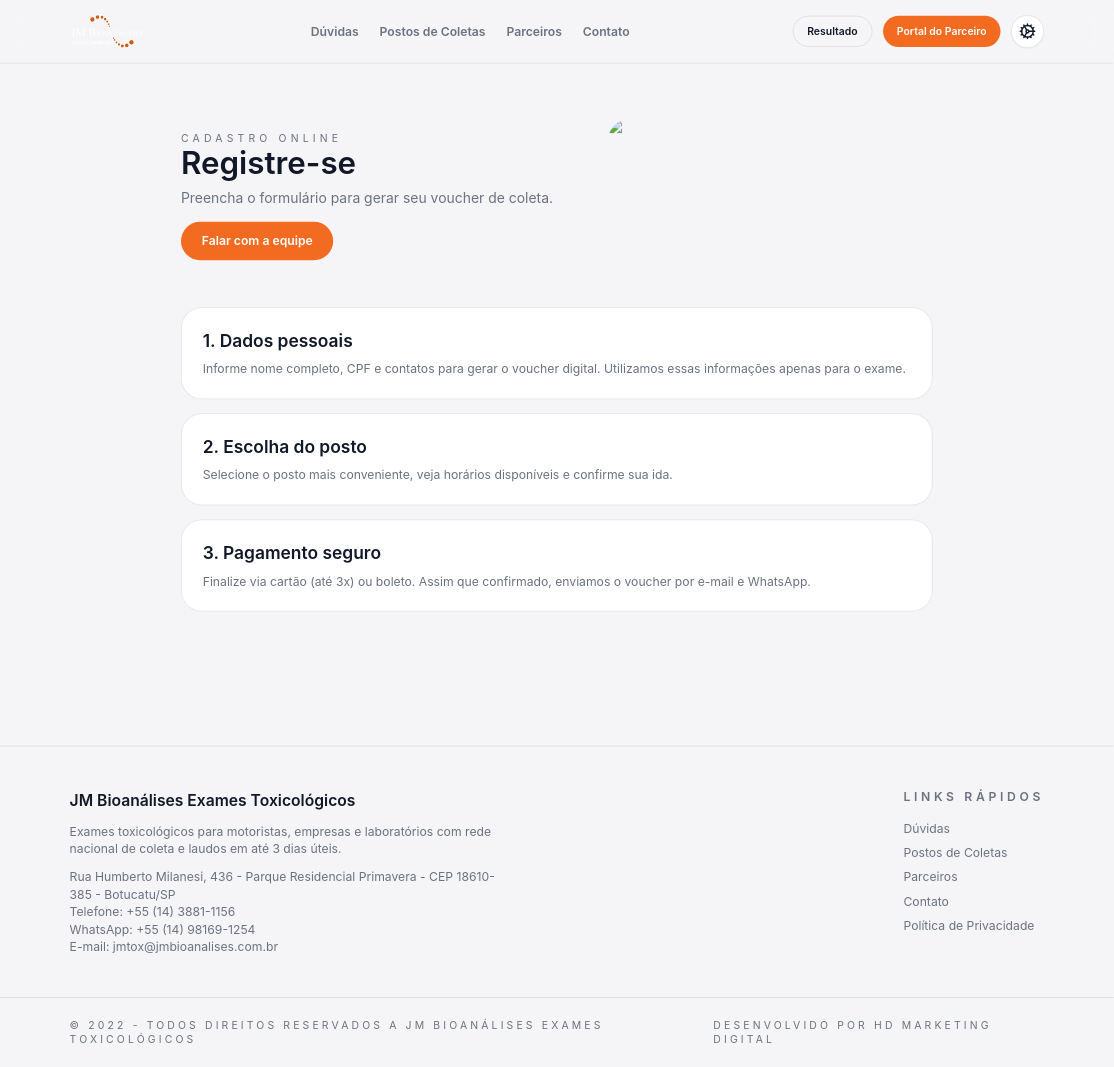
Repository: 1xLab/cat1
Page: /registre-se
These files come from the project's save history. The page is drawn as it stood at one moment and after the next save; the edit follows.
The browser window is 1280 px wide. The pictures show the whole page, at 87% of full size.
The page's requests for data from a server got no answer. The project was rebuilt for these pictures with package versions that can differ from the ones it lists, and the page was loaded fresh each time. The framework's server and built-in components were replaced by stand-ins that run in the browser. No one was signed in, and anything a server would have sent is missing. Also part of the build but not shown: next.config.ts.

Above is the page before, as saved 2025-11-19 21:47:55.

### src/app/layout.tsx
import type { Metadata } from "next";
import { Geist, Geist_Mono } from "next/font/google";
import "./globals.css";

import { Header } from "@/components/layout/header";
import { Footer } from "@/components/layout/footer";
import { baseMetadata } from "@/lib/seo";
import { LabSchema } from "@/components/seo/lab-schema";
import { TagManager } from "@/components/analytics/tag-manager";

const geistSans = Geist({
  variable: "--font-geist-sans",
  subsets: ["latin"],
});

const geistMono = Geist_Mono({
  variable: "--font-geist-mono",
  subsets: ["latin"],
});

export const metadata: Metadata = baseMetadata;

export default function RootLayout({
  children,
}: Readonly<{
  children: React.ReactNode;
}>) {
  return (
    <html lang="pt-BR" data-theme="sunrise">
      <body className={`${geistSans.variable} ${geistMono.variable} antialiased`}>
        <TagManager />
        <LabSchema />
        <Header />
        <main className="min-h-screen bg-[var(--color-bg)] text-[var(--color-text)]">
          {children}
        </main>
        <Footer />
      </body>
    </html>
  );
}

### src/app/registre-se/page.tsx
import Image from "next/image";
import type { Metadata } from "next";
import { Button } from "@/components/ui/button";

const steps = [
  {
    title: "1. Dados pessoais",
    body: "Informe nome completo, CPF e contatos para gerar o voucher digital. Utilizamos essas informações apenas para o exame.",
  },
  {
    title: "2. Escolha do posto",
    body: "Selecione o posto mais conveniente, veja horários disponíveis e confirme sua ida.",
  },
  {
    title: "3. Pagamento seguro",
    body: "Finalize via cartão (até 3x) ou boleto. Assim que confirmado, enviamos o voucher por e-mail e WhatsApp.",
  },
];

export const metadata: Metadata = {
  title: "Registre-se | JM Tox",
};

const illustration = "/imagens/illustration-registre.svg";

export default function RegistrePage() {
  return (
    <section className="mx-auto max-w-4xl px-4 py-16">
      <div className="grid gap-6 md:grid-cols-[1fr_0.8fr] md:items-center">
        <div className="space-y-4">
          <div>
            <p className="text-xs uppercase tracking-[0.4em] text-[var(--color-text-muted)]">
              Cadastro online
            </p>
            <h1 className="text-4xl font-semibold text-[var(--color-text)]">
              Registre-se
            </h1>
            <p className="mt-2 text-[var(--color-text-muted)]">
              Preencha o formulário para gerar seu voucher de coleta.
            </p>
          </div>
          <Button asChild>
            <a href="/contato">Falar com a equipe</a>
          </Button>
        </div>
        <div className="relative h-44 rounded-3xl">
          <Image
            src={illustration}
            alt="Caminhão em movimento"
            fill
            className="rounded-3xl object-cover"
            sizes="(min-width: 768px) 350px, 100vw"
          />
        </div>
      </div>
      <div className="mt-10 space-y-4">
        {steps.map((step) => (
          <article
            key={step.title}
            className="rounded-3xl border border-[var(--color-outline)] bg-[var(--color-surface)] p-6"
          >
            <h2 className="text-xl font-semibold text-[var(--color-text)]">
              {step.title}
            </h2>
            <p className="mt-2 text-sm text-[var(--color-text-muted)]">
              {step.body}
            </p>
          </article>
        ))}
      </div>
    </section>
  );
}

### src/app/globals.css
@tailwind base;
@tailwind components;
@tailwind utilities;

:root {
  --color-bg: #f5f5f7;
  --color-surface: #ffffff;
  --color-text: #111827;
  --color-text-muted: #6b7280;
  --color-primary: #f26b21;
  --color-primary-dark: #c65310;
  --color-header: #050608;
  --color-outline: rgba(15, 23, 42, 0.1);
}

[data-theme="sunrise"] {
  --color-bg: #f5f5f7;
  --color-surface: #ffffff;
  --color-text: #111827;
  --color-text-muted: #6b7280;
  --color-primary: #f26b21;
  --color-primary-dark: #c65310;
  --color-header: #050608;
}

[data-theme="midnight"] {
  --color-bg: #050608;
  --color-surface: #111827;
  --color-text: #f9fafb;
  --color-text-muted: #9ca3af;
  --color-primary: #f26b21;
  --color-primary-dark: #f26b21;
  --color-header: #000000;
  --color-outline: rgba(255, 255, 255, 0.1);
}

[data-theme="clinical"] {
  --color-bg: #f3f6fb;
  --color-surface: #ffffff;
  --color-text: #0f172a;
  --color-text-muted: #3f4d63;
  --color-primary: #2563eb;
  --color-primary-dark: #1d4ed8;
  --color-header: #0f172a;
  --color-outline: rgba(15, 23, 42, 0.08);
}

[data-theme="high-contrast"] {
  --color-bg: #000000;
  --color-surface: #000000;
  --color-text: #ffffff;
  --color-text-muted: #f3f4f6;
  --color-primary: #ffbf00;
  --color-primary-dark: #f59e0b;
  --color-header: #000000;
  --color-outline: rgba(255, 255, 255, 0.2);
}

[data-theme="dark"] {
  --color-bg: #111436;
  --color-surface: rgba(255, 255, 255, 0.08);
  --color-text: #fefefe;
  --color-text-muted: #d4ddff;
  --color-primary: #f97316;
  --color-primary-dark: #ea580c;
  --color-header: rgba(17, 20, 54, 0.9);
  --color-outline: rgba(255, 255, 255, 0.2);
}

@layer base {
  * {
    box-sizing: border-box;
  }

  body {
    background: var(--color-bg);
    color: var(--color-text);
    font-family: "Inter", system-ui, -apple-system, BlinkMacSystemFont,
      "Segoe UI", sans-serif;
    min-height: 100vh;
  }
}

@layer utilities {
  .text-balance {
    text-wrap: balance;
  }

  .glass-panel {
    background: color-mix(in srgb, var(--color-surface) 90%, transparent);
    backdrop-filter: blur(18px);
    border: 1px solid color-mix(in srgb, var(--color-outline) 80%, transparent);
    border-radius: 1.5rem;
    box-shadow: 0 15px 45px rgba(15, 23, 42, 0.12);
  }
}

### src/components/layout/header.tsx
import Image from "next/image";
import Link from "next/link";
import { ThemeSwitcher } from "@/components/theme-switcher";
import { Button } from "@/components/ui/button";

const navItems = [
  { label: "Dúvidas", href: "/duvidas-frequentes" },
  { label: "Postos de Coletas", href: "/postos-de-coletas" },
  { label: "Parceiros", href: "/parceiros" },
  { label: "Contato", href: "/contato" },
];

export function Header() {
  return (
    <header className="sticky top-0 z-40 border-b border-[var(--color-outline)] bg-[var(--color-header)]/15 backdrop-blur-md">
      <div className="container mx-auto flex max-w-6xl items-center justify-between gap-4 px-4 py-4">
        <Link href="/" className="flex items-center gap-3">
          <Image
            src="/logo-jm-bioanalises-branco.png"
            alt="JM Bioanálises"
            width={150}
            height={42}
            className="h-10 w-auto"
            priority
          />
          <span className="sr-only">JM Bioanálises</span>
        </Link>
        <nav className="hidden items-center gap-6 text-sm font-semibold text-[var(--color-text-muted)] lg:flex">
          {navItems.map((item) => (
            <Link
              key={item.href}
              href={item.href}
              className="transition hover:text-[var(--color-text)]"
            >
              {item.label}
            </Link>
          ))}
        </nav>
        <div className="flex items-center gap-3">
          <Button asChild variant="outline" size="sm">
            <Link href="/duvidas-frequentes#resultado-online">Resultado</Link>
          </Button>
          <Button asChild size="sm">
            <Link href="/parceiros">Portal do Parceiro</Link>
          </Button>
          <ThemeSwitcher />
        </div>
      </div>
      <div className="border-t border-[var(--color-outline)] bg-[var(--color-header)] px-4 py-3 lg:hidden">
        <nav className="flex flex-wrap gap-3 text-sm font-semibold text-[var(--color-text-muted)]">
          {navItems.map((item) => (
            <Link
              key={item.href}
              href={item.href}
              className="rounded-full border border-gray-600 px-3 py-1 transition hover:border-[var(--color-primary)] hover:text-white"
            >
              {item.label}
            </Link>
          ))}
        </nav>
      </div>
    </header>
  );
}

### src/components/layout/footer.tsx
import Link from "next/link";

import { siteConfig } from "@/lib/site";

const quickLinks = [
  { label: "Dúvidas", href: "/duvidas-frequentes" },
  { label: "Postos de Coletas", href: "/postos-de-coletas" },
  { label: "Parceiros", href: "/parceiros" },
  { label: "Contato", href: "/contato" },
  { label: "Política de Privacidade", href: "/politica-de-privacidade" },
];

export function Footer() {
  return (
    <footer className="mt-16 border-t border-[var(--color-outline)] bg-[var(--color-surface)]/95">
      <div className="mx-auto flex max-w-6xl flex-col gap-8 px-4 py-12 md:flex-row md:justify-between">
        <div className="max-w-lg space-y-3">
          <p className="text-lg font-semibold text-[var(--color-text)]">
            {siteConfig.name}
          </p>
          <p className="text-sm text-[var(--color-text-muted)]">
            {siteConfig.description}
          </p>
          <div className="text-sm text-[var(--color-text-muted)]">
            <p>{siteConfig.address}</p>
            <p>Telefone: {siteConfig.contacts.phone}</p>
            <p>WhatsApp: {siteConfig.contacts.mobile}</p>
            <p>E-mail: {siteConfig.contacts.email}</p>
          </div>
        </div>
        <div>
          <p className="text-sm font-semibold uppercase tracking-[0.3em] text-[var(--color-text-muted)]">
            Links rápidos
          </p>
          <ul className="mt-4 space-y-2 text-sm">
            {quickLinks.map((link) => (
              <li key={link.href}>
                <Link
                  href={link.href}
                  className="text-[var(--color-text-muted)] transition hover:text-[var(--color-text)]"
                >
                  {link.label}
                </Link>
              </li>
            ))}
          </ul>
        </div>
      </div>
      <div className="border-t border-[var(--color-outline)]">
        <div className="mx-auto flex max-w-6xl flex-col gap-2 px-4 py-6 text-xs uppercase tracking-[0.3em] text-[var(--color-text-muted)] md:flex-row md:items-center md:justify-between">
          <p>
            © 2022 - Todos Direitos Reservados a JM Bioanálises Exames Toxicológicos
          </p>
          <p>Desenvolvido por HD Marketing Digital</p>
        </div>
      </div>
    </footer>
  );
}

### src/lib/seo.ts
import type { Metadata } from "next";
import { siteConfig } from "./site";

type SEOParams = {
  title?: string;
  description?: string;
  path?: string;
};

export const baseMetadata: Metadata = {
  metadataBase: new URL(siteConfig.url),
  title: {
    default: `${siteConfig.name} | Laboratório de Toxicologia`,
    template: `%s | ${siteConfig.name}`,
  },
  description: siteConfig.description,
  openGraph: {
    type: "website",
    url: siteConfig.url,
    title: siteConfig.name,
    description: siteConfig.description,
    images: [
      {
        url: siteConfig.ogImage,
        width: 1200,
        height: 630,
        alt: siteConfig.name,
      },
    ],
  },
  twitter: {
    card: "summary_large_image",
    title: siteConfig.name,
    description: siteConfig.description,
    images: [siteConfig.ogImage],
  },
  icons: {
    icon: "/favicon.ico",
  },
};

export const generatePageMetadata = ({
  title,
  description,
  path = "",
}: SEOParams): Metadata => ({
  ...baseMetadata,
  title,
  description,
  alternates: {
    canonical: path ? `${siteConfig.url}${path}` : siteConfig.url,
  },
});

### src/components/seo/lab-schema.tsx
export function LabSchema() {
  const jsonLd = {
    "@context": "https://schema.org",
    "@type": "MedicalOrganization",
    name: "JM Bioanálises Exames Toxicológicos",
    url: "https://jmtox.com.br",
    address: {
      "@type": "PostalAddress",
      streetAddress:
        "Rua Humberto Milanesi, 436 - Parque Residencial Primavera",
      addressLocality: "Botucatu",
      addressRegion: "SP",
      postalCode: "18610-385",
      addressCountry: "BR",
    },
    contactPoint: {
      "@type": "ContactPoint",
      telephone: "+55-14-3881-1156",
      contactType: "customer service",
      availableLanguage: ["Portuguese", "English"],
    },
    sameAs: ["https://www.linkedin.com/company/jmbioanalises"],
    medicalSpecialty: ["Toxicologic"],
  };

  return (
    <script
      type="application/ld+json"
      dangerouslySetInnerHTML={{ __html: JSON.stringify(jsonLd) }}
    />
  );
}

### src/components/analytics/tag-manager.tsx
"use client";

import Script from "next/script";

export function TagManager() {
  const id = process.env.NEXT_PUBLIC_GTM_ID;
  if (!id) return null;

  return (
    <>
      <Script id="gtm-loader">
        {`
          (function(w,d,s,l,i){w[l]=w[l]||[];w[l].push({'gtm.start':
          new Date().getTime(),event:'gtm.js'});var f=d.getElementsByTagName(s)[0],
          j=d.createElement(s),dl=l!='dataLayer'?'&l='+l:'';j.async=true;j.src=
          'https://www.googletagmanager.com/gtm.js?id='+i+dl;f.parentNode.insertBefore(j,f);
          })(window,document,'script','dataLayer','${id}');
        `}
      </Script>
      <noscript>
        <iframe
          src={`https://www.googletagmanager.com/ns.html?id=${id}`}
          height="0"
          width="0"
          style={{ display: "none", visibility: "hidden" }}
        />
      </noscript>
    </>
  );
}

### src/components/ui/button.tsx
"use client";

import * as React from "react";
import { Slot } from "@radix-ui/react-slot";
import { cva, type VariantProps } from "class-variance-authority";

import { cn } from "@/lib/utils";

const buttonVariants = cva(
  "inline-flex items-center justify-center whitespace-nowrap rounded-full text-sm font-semibold transition focus-visible:outline-none focus-visible:ring-2 focus-visible:ring-[var(--color-primary)] disabled:pointer-events-none disabled:opacity-60",
  {
    variants: {
      variant: {
        default:
          "bg-[var(--color-primary)] text-white hover:bg-[var(--color-primary-dark)]",
        secondary:
          "bg-[var(--color-surface)] text-[var(--color-text)] border border-[var(--color-outline)] hover:border-[var(--color-primary)]",
        outline:
          "border border-[var(--color-outline)] text-[var(--color-text)] hover:border-[var(--color-primary)] hover:text-[var(--color-text)]",
        ghost: "text-[var(--color-text)] hover:bg-[var(--color-outline)]/30",
        link: "underline-offset-4 text-[var(--color-primary)] hover:underline",
      },
      size: {
        default: "h-11 px-6",
        sm: "h-9 px-4 text-xs",
        lg: "h-12 px-8 text-base",
        icon: "h-10 w-10",
      },
    },
    defaultVariants: {
      variant: "default",
      size: "default",
    },
  }
);

export interface ButtonProps
  extends React.ButtonHTMLAttributes<HTMLButtonElement>,
    VariantProps<typeof buttonVariants> {
  asChild?: boolean;
}

const Button = React.forwardRef<HTMLButtonElement, ButtonProps>(
  ({ className, variant, size, asChild = false, ...props }, ref) => {
    const Comp = asChild ? Slot : "button";
    return (
      <Comp
        className={cn(buttonVariants({ variant, size, className }))}
        ref={ref}
        {...props}
      />
    );
  }
);
Button.displayName = "Button";

export { Button, buttonVariants };

### src/components/theme-switcher.tsx
"use client";

import { useEffect, useState } from "react";
import { Cog, Check } from "lucide-react";
import { cn } from "@/lib/utils";

const themes = [
  { id: "sunrise", name: "Sunrise Light", description: "Luz natural com laranja vibrante." },
  { id: "midnight", name: "Midnight Dark", description: "Interface escura para salas de comando." },
  { id: "clinical", name: "Clinical Light", description: "Azul clínico com fundos neutros." },
  { id: "high-contrast", name: "High Contrast", description: "Alto contraste para máxima leitura." },
];

function applyThemeValue(
  value: string,
  setTheme: (theme: string) => void
) {
  const next = themes.find((item) => item.id === value) ? value : "sunrise";
  setTheme(next);
  document.documentElement.setAttribute("data-theme", next);
  try {
    localStorage.setItem("jmbio-theme", next);
  } catch {
    /* ignore */
  }
}

export function ThemeSwitcher() {
  const [open, setOpen] = useState(false);
  const [theme, setTheme] = useState("sunrise");

  useEffect(() => {
    let stored = "sunrise";
    try {
      stored = localStorage.getItem("jmbio-theme") || "sunrise";
    } catch {
      stored = "sunrise";
    }
    applyThemeValue(stored, setTheme);
  }, []);

  function apply(value: string) {
    applyThemeValue(value, setTheme);
  }

  return (
    <div className="relative">
      <button
        aria-label="Alterar tema do site"
        className="rounded-full border border-[var(--color-outline)] bg-[var(--color-surface)] p-2 text-[var(--color-text)] shadow-sm transition hover:shadow-md"
        onClick={() => setOpen((prev) => !prev)}
      >
        <Cog className="h-5 w-5" />
      </button>
      {open && (
        <div className="absolute right-0 z-50 mt-3 w-64 rounded-2xl border border-[var(--color-outline)] bg-[var(--color-surface)] p-4 shadow-xl">
          <p className="text-xs font-semibold uppercase tracking-[0.3em] text-[var(--color-text-muted)]">
            Temas
          </p>
          <div className="mt-3 space-y-2">
            {themes.map((item) => (
              <button
                key={item.id}
                className={cn(
                  "flex w-full items-start gap-2 rounded-2xl border border-transparent p-3 text-left transition hover:border-[var(--color-outline)]",
                  theme === item.id && "border-[var(--color-primary)] bg-[var(--color-primary)]/10"
                )}
                onClick={() => apply(item.id)}
              >
                <span className="mt-1 text-[var(--color-primary)]">
                  {theme === item.id ? <Check className="h-4 w-4" /> : <span className="block h-4 w-4 rounded-full border border-[var(--color-outline)]" />}
                </span>
                <span>
                  <span className="font-semibold text-[var(--color-text)]">{item.name}</span>
                  <span className="block text-xs text-[var(--color-text-muted)]">{item.description}</span>
                </span>
              </button>
            ))}
          </div>
        </div>
      )}
    </div>
  );
}

### src/lib/site.ts
export const siteConfig = {
  name: "JM Bioanálises Exames Toxicológicos",
  description:
    "Exames toxicológicos para motoristas, empresas e laboratórios com rede nacional de coleta e laudos em até 3 dias úteis.",
  url: "https://jmtox.com.br",
  ogImage: "/logo-jm-bioanalises-branco.png",
  social: {
    linkedin: "https://www.linkedin.com/company/jmbioanalises",
    whatsapp: "https://api.whatsapp.com/send?phone=5514981691254",
  },
  contacts: {
    phone: "+55 (14) 3881-1156",
    mobile: "+55 (14) 98169-1254",
    email: "jmtox@jmbioanalises.com.br",
  },
  address:
    "Rua Humberto Milanesi, 436 - Parque Residencial Primavera - CEP 18610-385 - Botucatu/SP",
};

export type SiteConfig = typeof siteConfig;

### src/lib/utils.ts
import { type ClassValue, clsx } from "clsx";
import { twMerge } from "tailwind-merge";

export function cn(...inputs: ClassValue[]) {
  return twMerge(clsx(inputs));
}

export function formatPhone(phone: string) {
  const digits = phone.replace(/\D/g, "");
  const match = digits.match(/^(\d{2})(\d{5})(\d{4})$/);
  if (!match) return phone;
  return `(${match[1]}) ${match[2]}-${match[3]}`;
}

export function slugify(value: string) {
  return value
    .toLowerCase()
    .normalize("NFD")
    .replace(/[\u0300-\u036f]/g, "")
    .replace(/[^a-z0-9]+/g, "-")
    .replace(/(^-|-$)+/g, "");
}

export function formatIsoDate(date: string) {
  return new Date(date).toLocaleDateString("pt-BR", {
    day: "2-digit",
    month: "short",
    year: "numeric",
  });
}

### tailwind.config.ts
import type { Config } from "tailwindcss";
import { fontFamily } from "tailwindcss/defaultTheme";
import animate from "tailwindcss-animate";

const config: Config = {
  darkMode: ["class"],
  content: ["./src/**/*.{ts,tsx}"],
  theme: {
    container: {
      center: true,
      padding: {
        DEFAULT: "1.5rem",
        md: "2rem",
      },
      screens: {
        "2xl": "1320px",
      },
    },
    extend: {
      colors: {
        border: "hsl(var(--border))",
        input: "hsl(var(--input))",
        ring: "hsl(var(--ring))",
        background: "hsl(var(--background))",
        foreground: "hsl(var(--foreground))",
        primary: {
          DEFAULT: "hsl(var(--primary))",
          foreground: "hsl(var(--primary-foreground))",
        },
        secondary: {
          DEFAULT: "hsl(var(--secondary))",
          foreground: "hsl(var(--secondary-foreground))",
        },
        muted: {
          DEFAULT: "hsl(var(--muted))",
          foreground: "hsl(var(--muted-foreground))",
        },
        accent: {
          DEFAULT: "hsl(var(--accent))",
          foreground: "hsl(var(--accent-foreground))",
        },
        destructive: {
          DEFAULT: "hsl(var(--destructive))",
          foreground: "hsl(var(--destructive-foreground))",
        },
        card: {
          DEFAULT: "hsl(var(--card))",
          foreground: "hsl(var(--card-foreground))",
        },
      },
      borderRadius: {
        lg: "var(--radius)",
        md: "calc(var(--radius) - 2px)",
        sm: "calc(var(--radius) - 4px)",
      },
      fontFamily: {
        sans: ["var(--font-geist-sans)", ...fontFamily.sans],
        mono: ["var(--font-geist-mono)", ...fontFamily.mono],
      },
      backgroundImage: {
        "grid-fade":
          "radial-gradient(circle at 20% 20%, hsla(var(--primary),0.25), transparent 55%), radial-gradient(circle at 80% 0%, hsla(var(--accent),0.3), transparent 60%)",
      },
    },
  },
  plugins: [animate],
};

export default config;

After the next save:
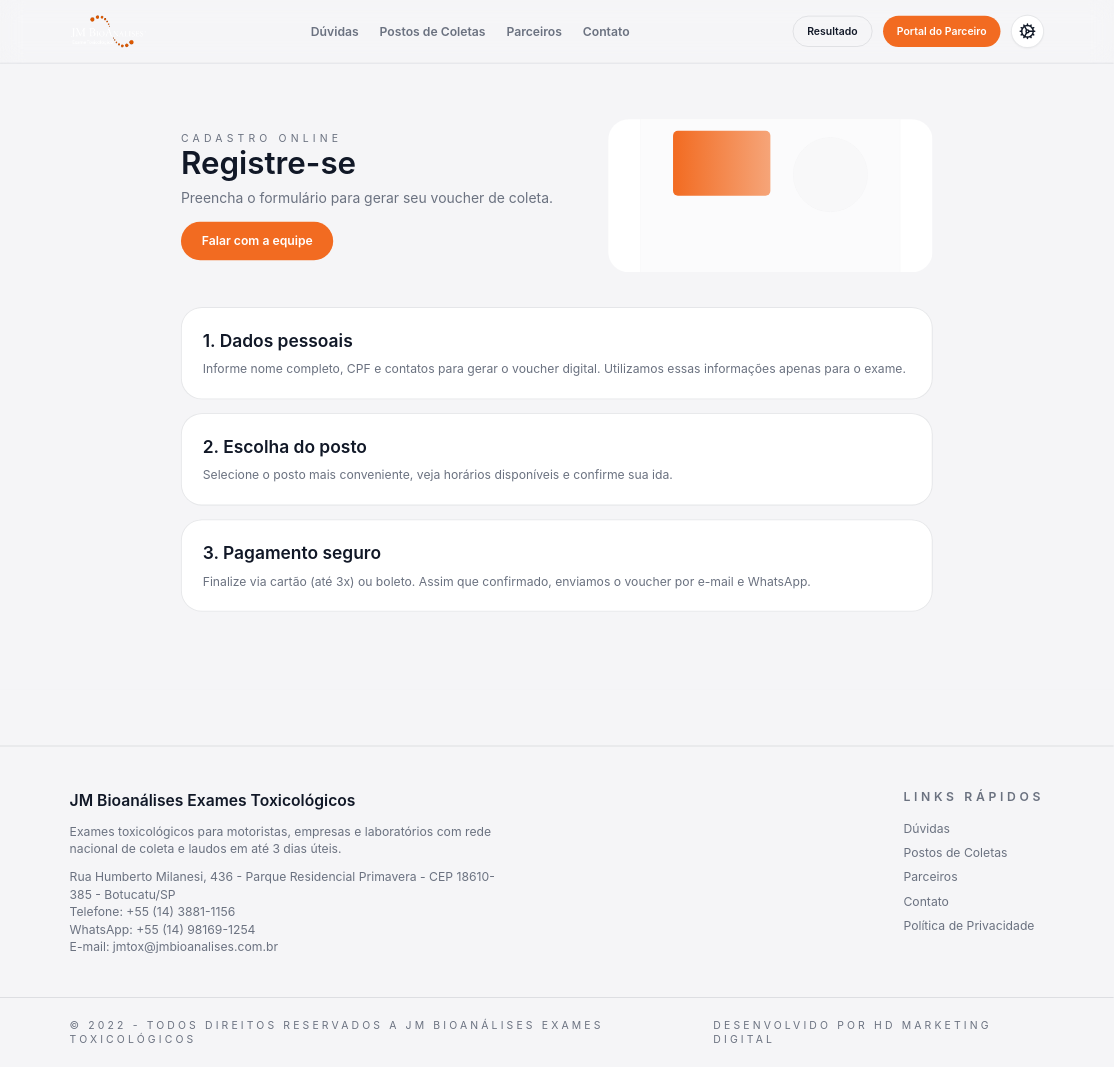
Saved 5 s later.
--- a/src/app/registre-se/page.tsx
+++ b/src/app/registre-se/page.tsx
@@ -21,7 +21,7 @@ export const metadata: Metadata = {
   title: "Registre-se | JM Tox",
 };
 
-const illustration = "/imagens/illustration-registre.svg";
+const illustration = "/imagens/illustration-registre-clean.svg";
 
 export default function RegistrePage() {
   return (
